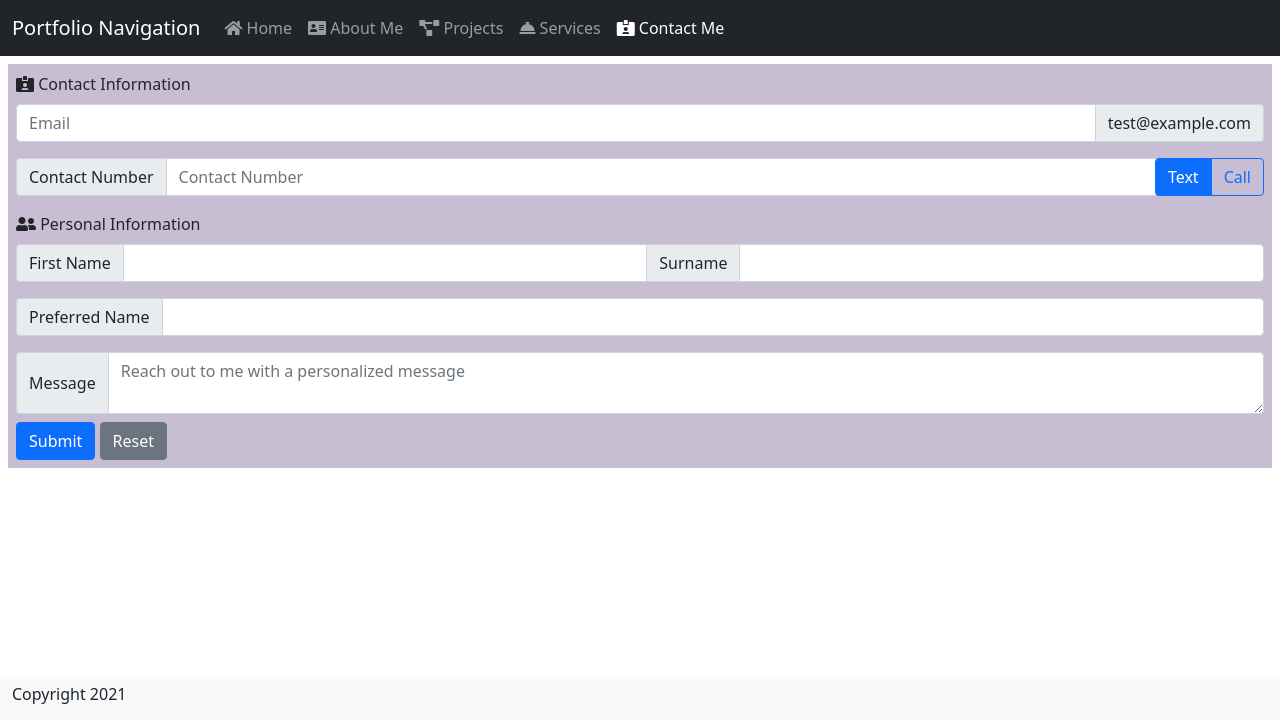
Repository: GarlicButterBoy/Portfolio
Page: contact.html
The author's editor kept a copy of each file at every save. The page is drawn from the files as they stood at one save, then again after the next save.
The browser window is 1280 px wide. The page is 1284 px wide, so the pictures cover 1284 px, including what lies to the right of the window. The pictures show the whole page.

Above is the page before, as saved 2021-06-09 13:24:11.

After the next save:
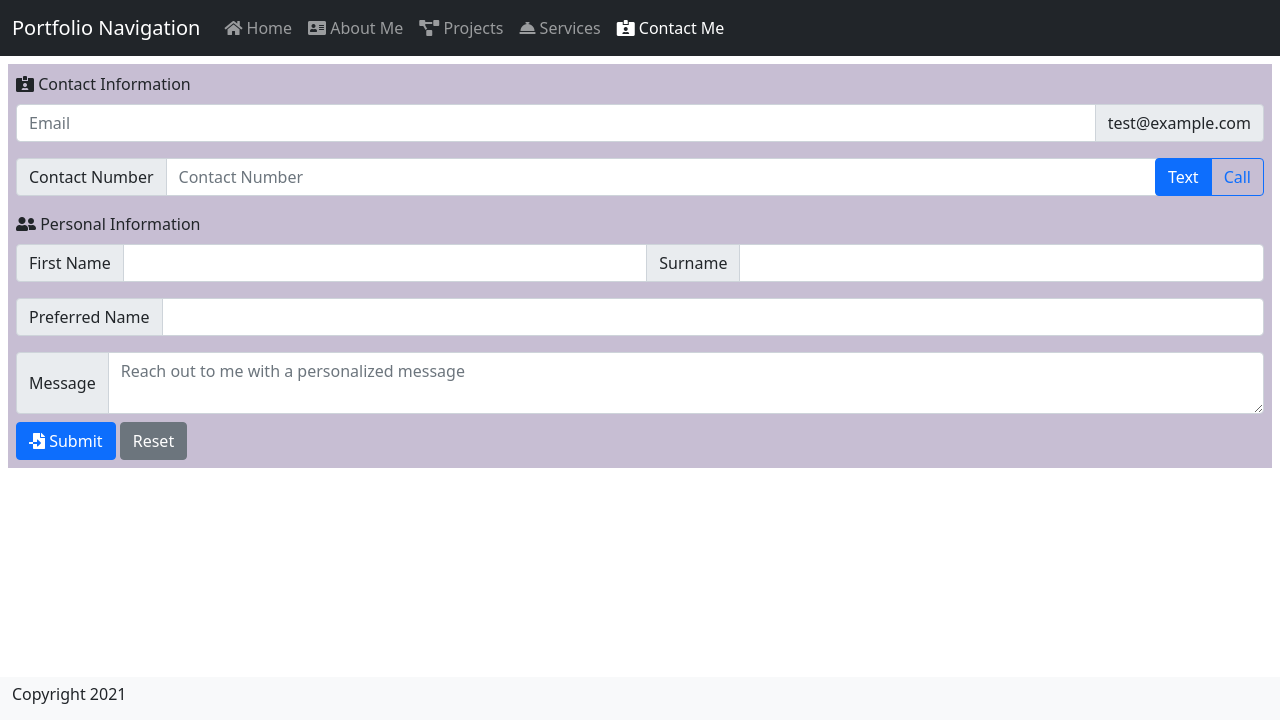
Saved 45 s later.
--- a/contact.html
+++ b/contact.html
@@ -74,7 +74,7 @@
                 <span class="input-group-text">Message</span>
                 <textarea class="form-control" placeholder="Reach out to me with a personalized message" aria-label="Message"></textarea>
               </div>
-              <button class="btn btn-primary mt-2" id="submitButton">Submit</button>
+              <button class="btn btn-primary mt-2" id="submitButton"><i class="fas fa-file-import"></i> Submit</button>
               <button class="btn btn-secondary mt-2" id="resetButton">Reset</button>
             </div>
           </div>
